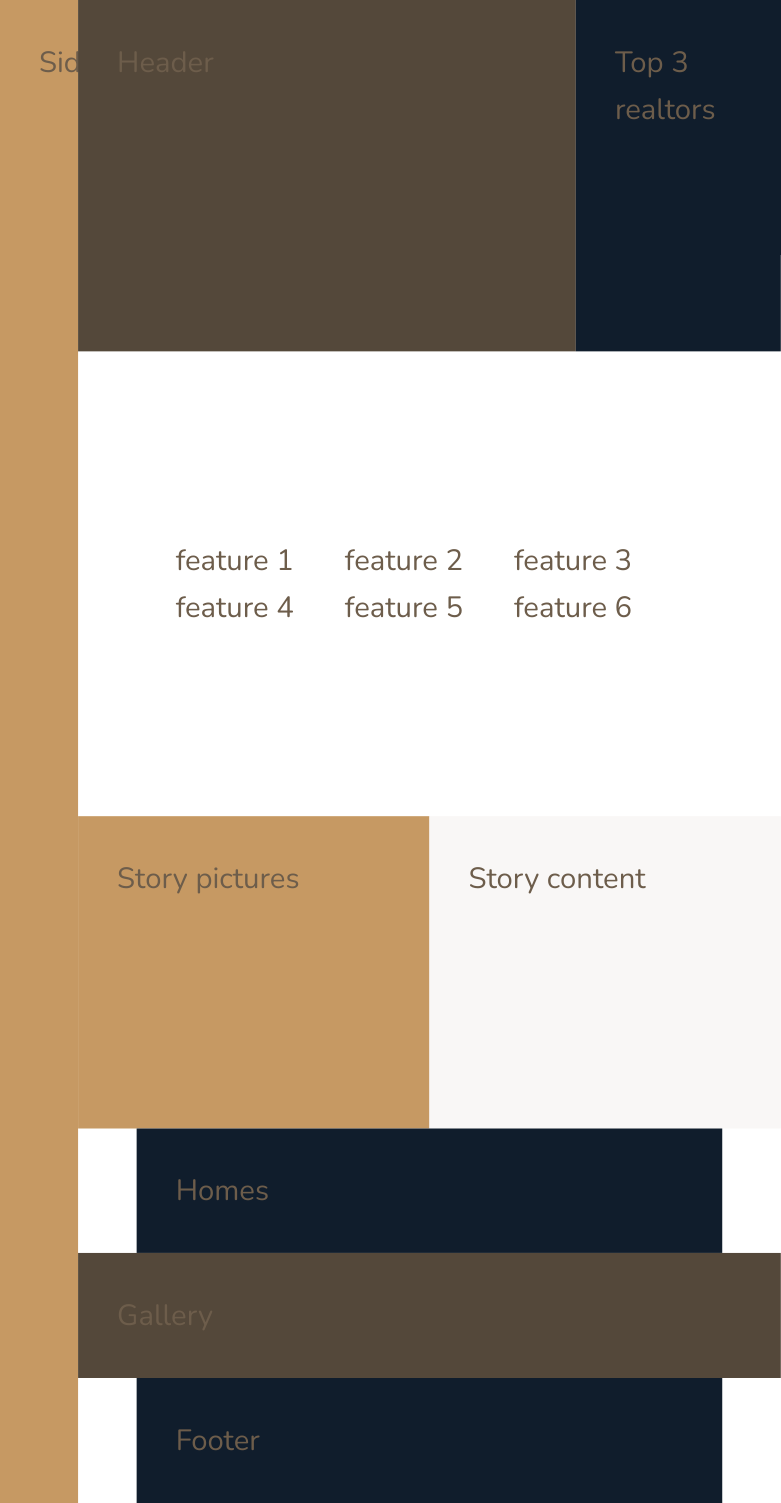
Repository: achwesiuk/nexter
Page: index.html
The author's editor kept a copy of each file at every save. The page is drawn from the files as they stood at one save, then again after the next save.
The browser window is 1280 px wide. The pictures show the whole page, at 61% of full size.
The style sheet was rebuilt from its Sass, Less or Tailwind sources for each picture, by a compiler version that may differ from the author's.

Above is the page before, as saved 2021-02-19 17:08:40.

After the next save:
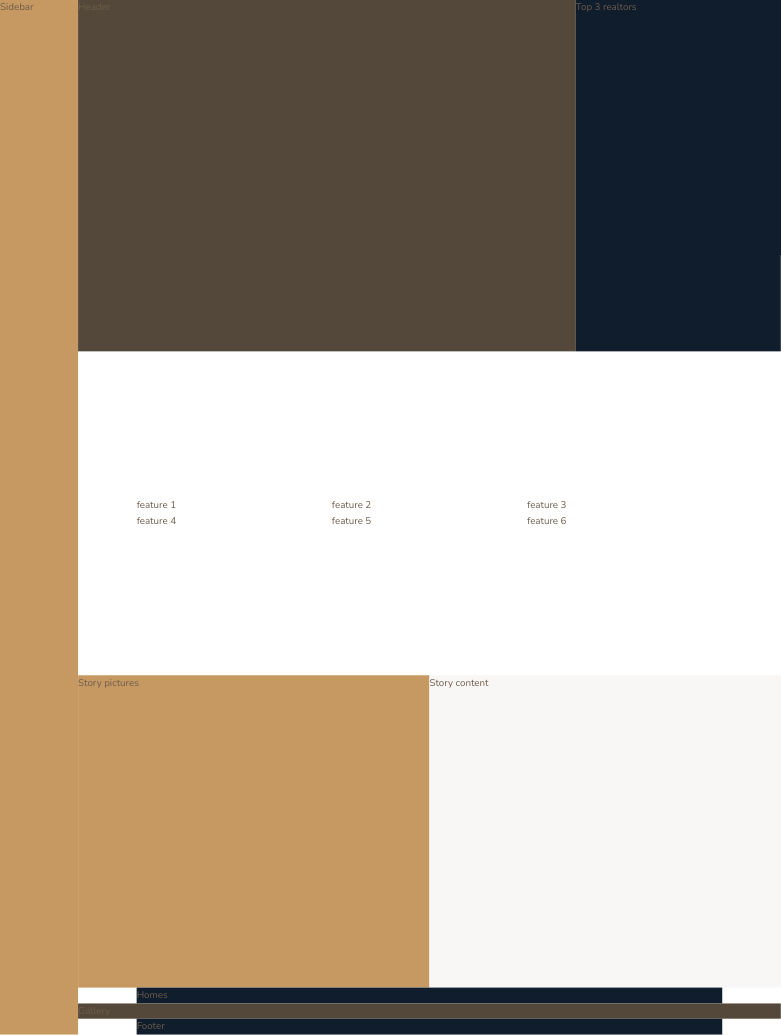
Saved 7 s later.
--- a/sass/_base.scss
+++ b/sass/_base.scss
@@ -44,9 +44,4 @@
     // 3. wiersz - wiersz uzależniony od szerokości układu (podczas zmiany szerokości widoku zmieniają się wymiary wiersza - zwęża się, rośnie)
     // 4, 5, 6 - wysokość wiersza uzależnione od jego zawartości
     grid-template-columns: [sidebar-start] 8rem [sidebar-end full-start] minmax(6rem, 1fr) [center-start] repeat(8, [col-start] minmax(min-content, 14rem) [col-end]) [center-end] minmax(6rem, 1fr) [full-end];
-
-    & > * { // wszystkie bezpośrednie dzieci
-        padding: 4rem;
-        font-size: 3rem;
-    }
 }
